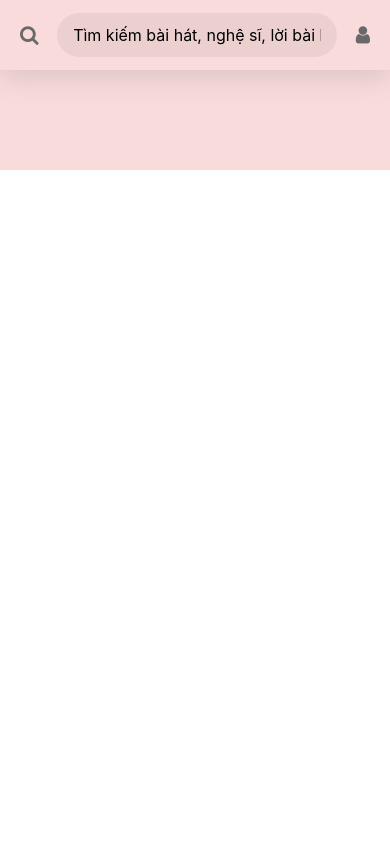
Repository: kauittt/Mobile
Screen: /
These files come from the project's save history. The screen is drawn as it stood at one moment and after the next save; the edit follows.
Pictures or frames that could not be fetched are drawn as grey boxes. The app was drawn by React Native's web renderer in a window 390 px wide. The project was rebuilt for these pictures with package versions that can differ from the ones it lists, and the page was loaded fresh each time.

Above is the screen before, as saved 2023-05-02 21:06:39.

After the next save:
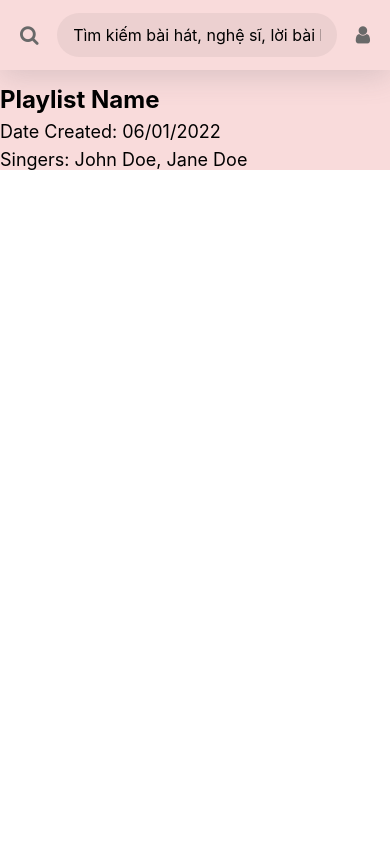
Saved 31 s later.
--- a/components/Playlist/Playlist.jsx
+++ b/components/Playlist/Playlist.jsx
@@ -18,12 +18,12 @@ const Playlist = () => {
             style={styles.listSongInforImgImg}
           />
         </View>
-        {/* <Text style={styles.listSongInfor__heading}>Playlist Name</Text>
+        <Text style={styles.listSongInfor__heading}>Playlist Name</Text>
         <Text style={styles.listSongInfor__date}>Date Created: 06/01/2022</Text>
         <Text style={styles.listSongInfor__singers}>
           Singers: John Doe, Jane Doe
         </Text>
-        <Text style={styles.listSongInfor__liked}>Likes: 136</Text> */}
+        <Text style={styles.listSongInfor__liked}>Likes: 136</Text>
       </View>
     </ScrollView>
   );
